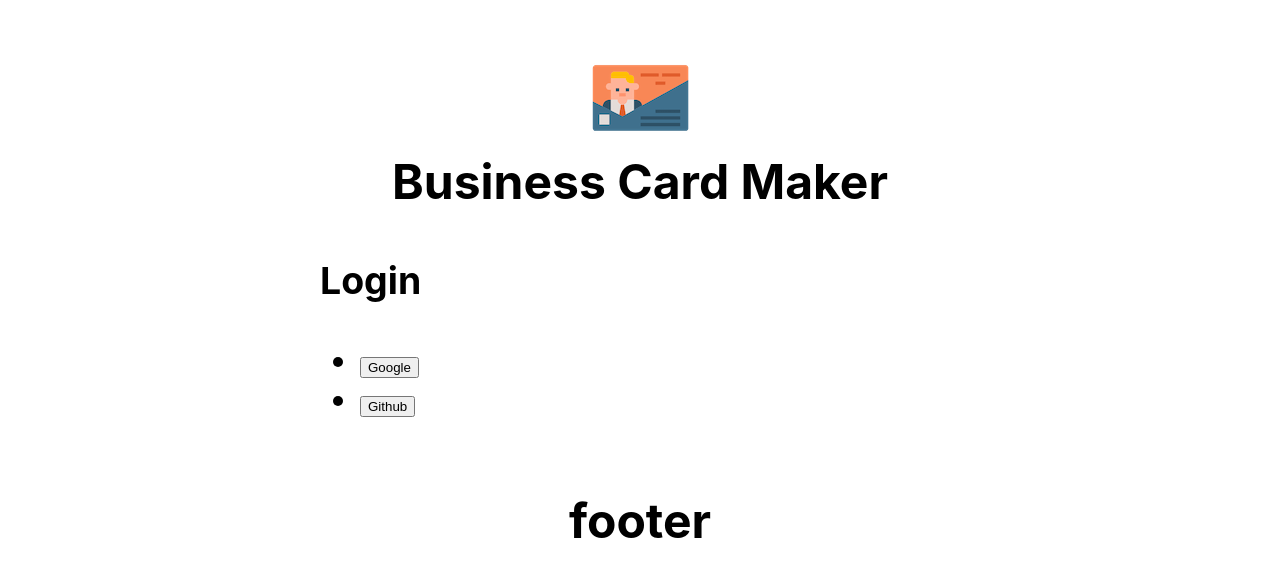
Repository: gomgomigom/firebase_practice_card_maker
Page: /
These files come from the project's save history. The page is drawn as it stood at one moment and after the next save; the edit follows.
The browser window is 1280 px wide. The pictures show the whole page.
The page's requests for data from a server got no answer. The project was rebuilt for these pictures with package versions that can differ from the ones it lists, and the page was loaded fresh each time. No one was signed in, and anything a server would have sent is missing.

Above is the page before, as saved 2022-01-21 13:48:58.

After the next save:
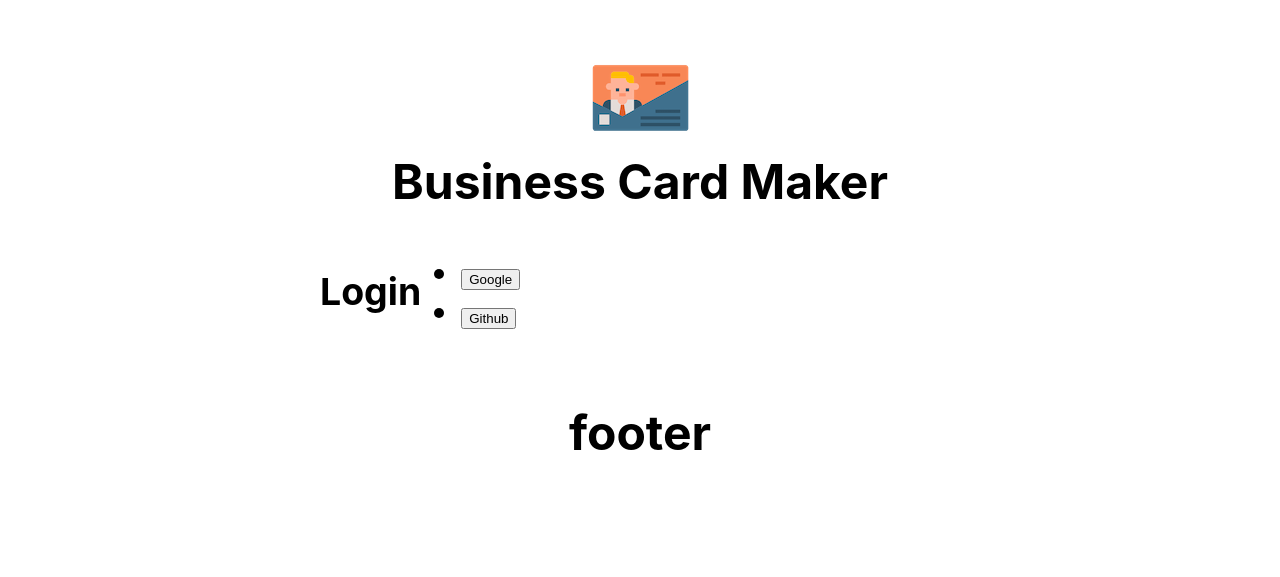
Saved 22 s later.
--- a/src/components/login/login.module.css
+++ b/src/components/login/login.module.css
@@ -11,6 +11,9 @@
 }
 
 .loginList {
+  display: flex;
+  flexdirection: column;
+  align-items: center;
   width: 40rem;
   background-color: makerWhite;
 }
